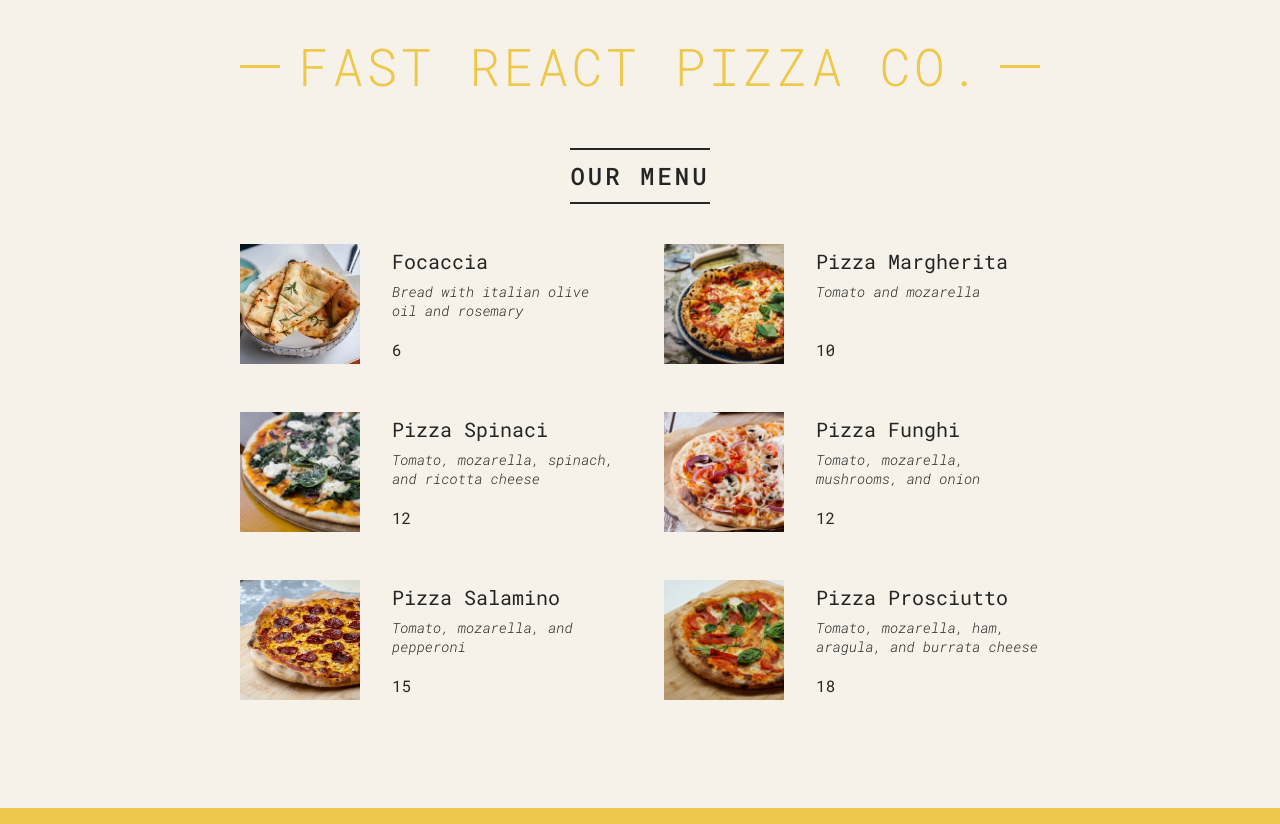
Repository: ahmedharidy/First-React-App
Page: /
The author's editor kept a copy of each file at every save. The page is drawn from the files as they stood at one save, then again after the next save.
The browser window is 1280 px wide. The pictures show the whole page.
The project was rebuilt for these pictures with package versions that can differ from the ones it lists, and the page was loaded fresh each time.

Above is the page before, as saved 2026-09-23 01:09:38.

### src/index.js
import React from "react";
import ReactDOM from "react-dom/client";
import "./index.css";

const pizzaData = [
  {
    name: "Focaccia",
    ingredients: "Bread with italian olive oil and rosemary",
    price: 6,
    photoName: "pizzas/focaccia.jpg",
    soldOut: false,
  },
  {
    name: "Pizza Margherita",
    ingredients: "Tomato and mozarella",
    price: 10,
    photoName: "pizzas/margherita.jpg",
    soldOut: false,
  },
  {
    name: "Pizza Spinaci",
    ingredients: "Tomato, mozarella, spinach, and ricotta cheese",
    price: 12,
    photoName: "pizzas/spinaci.jpg",
    soldOut: false,
  },
  {
    name: "Pizza Funghi",
    ingredients: "Tomato, mozarella, mushrooms, and onion",
    price: 12,
    photoName: "pizzas/funghi.jpg",
    soldOut: false,
  },
  {
    name: "Pizza Salamino",
    ingredients: "Tomato, mozarella, and pepperoni",
    price: 15,
    photoName: "pizzas/salamino.jpg",
    soldOut: true,
  },
  {
    name: "Pizza Prosciutto",
    ingredients: "Tomato, mozarella, ham, aragula, and burrata cheese",
    price: 18,
    photoName: "pizzas/prosciutto.jpg",
    soldOut: false,
  },
];
function App() {
  return (
    <div className="container">
      <Header />
      <Menu />
      <Footer />
    </div>
  );
}

function Header() {
  //   const style = { color: "red", fontSize: "48px", textTransform: "uppercase" };
  const style = {};
  return (
    <header className="header">
      <h1 style={style}>Fast react pizza co.</h1>
    </header>
  );
}
function Menu() {
  return (
    <main className="menu">
      <h2>Our menu</h2>

      <ul className="pizzas">
        {pizzaData.map((pizza) => (
          <Pizza pizzaObj={pizza} key={pizza.name} />
        ))}
      </ul>
      {/* <Pizza
        name="pizza spinaci"
        ingredient="Bread with italian olive oil and rosemary"
        photoName="pizzas/spinaci.jpg"
        price={10}
      />

      <Pizza
        name="pizza funghi"
        ingredient="Bread with tomato and mushrooms"
        photoName="pizzas/funghi.jpg"
        price={50}
      /> */}
    </main>
  );
}

function Pizza(props) {
  return (
    <li className="pizza">
      <img src={props.pizzaObj.photoName} alt={props.pizzaObj.name}></img>
      <div>
        <h3>{props.pizzaObj.name}</h3>
        <p>{props.pizzaObj.ingredients}</p>
        <span>{props.pizzaObj.price}</span>
      </div>
    </li>
  );
}

function Footer() {
  const hour = new Date().getHours();
  const openHour = 12;
  const closeHour = 22;
  const isOpen = hour >= openHour && hour <= closeHour;
  console.log(isOpen);
  //   if (hour >= openHour && hour <= closeHour) alert("were currently open!");
  //   else alert("sorry were closed");

  return <footer className="footer">{!isOpen && <p>open</p>}</footer>;
  //   return React.createElement("footer", null, "we're currently open");
}

const root = ReactDOM.createRoot(document.getElementById("root"));

root.render(<App />);

Loaded but not shown: public/index.html (common file); src/index.css (common file)

After the next save:
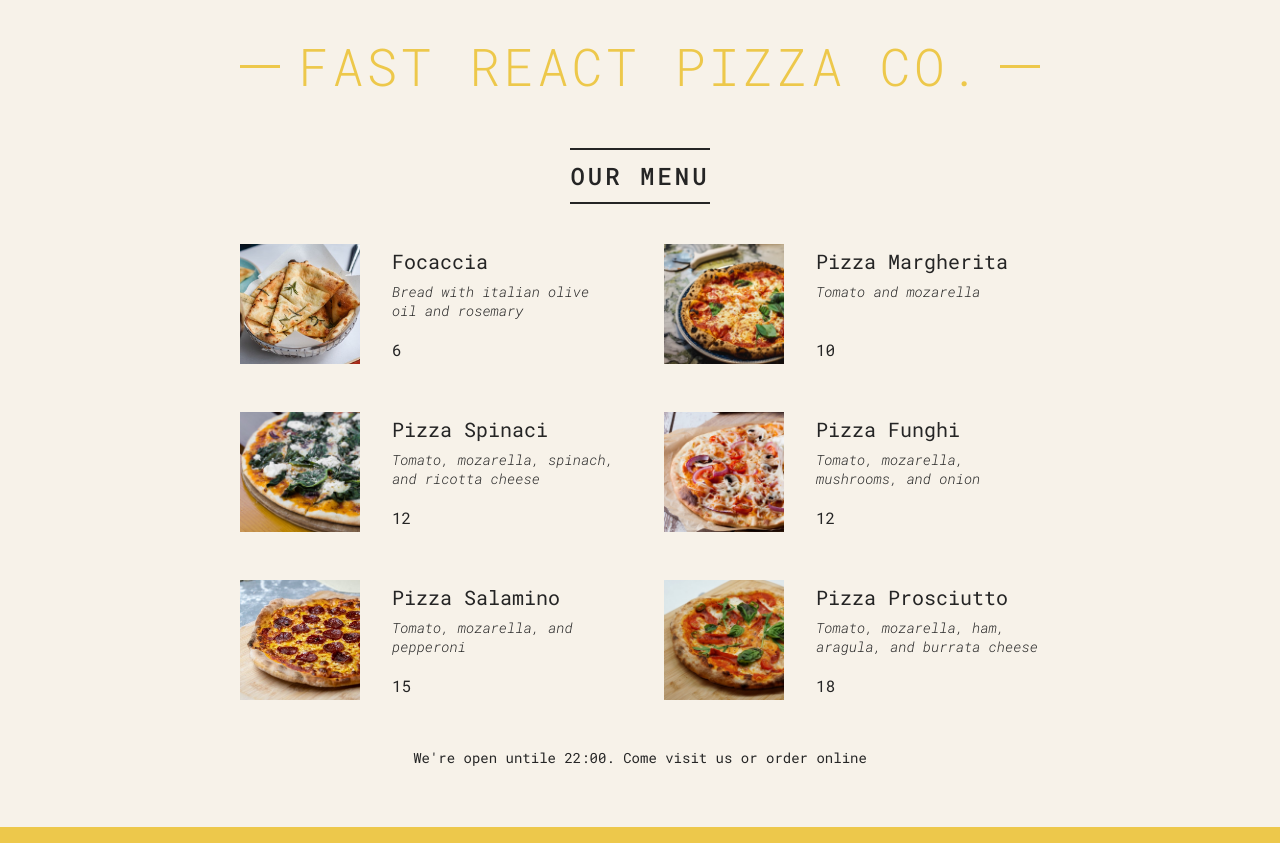
Saved 106 s later.
--- a/src/index.js
+++ b/src/index.js
@@ -114,7 +114,13 @@ function Footer() {
   //   if (hour >= openHour && hour <= closeHour) alert("were currently open!");
   //   else alert("sorry were closed");
 
-  return <footer className="footer">{!isOpen && <p>open</p>}</footer>;
+  return (
+    <footer className="footer">
+      {isOpen && (
+        <p>We're open untile {closeHour}:00. Come visit us or order online</p>
+      )}
+    </footer>
+  );
   //   return React.createElement("footer", null, "we're currently open");
 }
 
